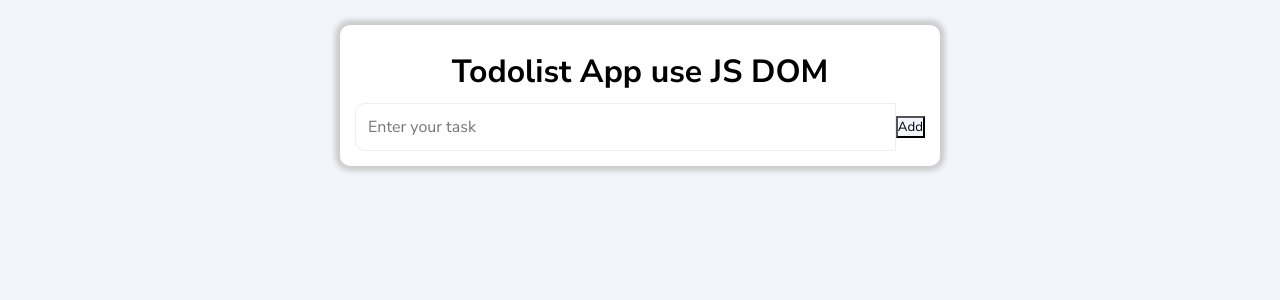
Repository: anhquan74-dev/todolist_app
Page: index.html
These files come from the project's save history. The page is drawn as it stood at one moment and after the next save; the edit follows.
The browser window is 1280 px wide. The pictures show the whole page.
Some web libraries are served in a nearby version.

Above is the page before, as saved 2022-07-21 17:04:02.

### index.html
<!DOCTYPE html>
<html lang="en">
  <head>
    <meta charset="UTF-8" />
    <meta http-equiv="X-UA-Compatible" content="IE=edge" />
    <meta name="viewport" content="width=device-width, initial-scale=1.0" />
    <title>TodoList Web Application</title>
    <link rel="stylesheet" href="style.css" />
    <link
      rel="stylesheet"
      href="https://cdnjs.cloudflare.com/ajax/libs/font-awesome/6.1.1/css/all.min.css"
      integrity="sha512-KfkfwYDsLkIlwQp6LFnl8zNdLGxu9YAA1QvwINks4PhcElQSvqcyVLLD9aMhXd13uQjoXtEKNosOWaZqXgel0g=="
      crossorigin="anonymous"
      referrerpolicy="no-referrer"
    />
  </head>
  <body>
    <div class="todo-app">
      <h1>Todolist App use JS DOM</h1>
      <div class="form-control">
        <input id="input-text" type="text" placeholder="Enter your task" />
        <button id="add-btn">Add</button>
      </div>
      <ul id="list-item">
        <!-- <li class="item">
          Homework
          <a class="edit-btn">Edit</a>
          <a class="delete-btn">Delete</a>
        </li> -->
      </ul>
    </div>
    <script src="main.js"></script>
  </body>
</html>

### style.css
@import url('https://fonts.googleapis.com/css2?family=Nunito+Sans:ital,wght@0,300;0,400;0,600;0,700;0,800;0,900;1,300;1,400;1,600;1,700;1,800;1,900&display=swap');

*, *::after, *::before {
    margin: 0;
    padding: 0;
    box-sizing: border-box;
}
button, input,
body {
    font-family: 'Nunito Sans', sans-serif;
    background-color: #f3f5fc;
}

input {
    background-color: white;
}

.todo-app {
    background-color: white;
    max-width: 600px;
    margin: 25px auto;
    border-radius: 10px;
    padding: 15px;
    box-shadow: 0px 0px 5px 5px #ccc;
}

h1 {
    text-align: center;
    margin: 10px;
}

.form-control {
    display: flex;
    align-items: center;
}

#input-text {
    font-size: 16px;
    padding: 12px;
    width: 100%;
    outline: none;
    border: 1px solid #eee;
    border-radius: 10px 0px 0px 10px;
}

.add-btn {
    font-size: 16px;
    padding: 12px;
    outline: none;
    border: 1px solid #c07cd4;
    border-radius: 0px 10px 10px 0px;
    cursor: pointer;
    background-color: #c07cd4;
    color: white;
}

#add-btn:hover {
    background-color: #a13bc0;
    border: 1px solid #a13bc0;
}

.list-item {
    list-style-type:none;
    margin-top: 20px;
}

.item {
    padding: 12px 12px 12px 40px;
    background-color: #f3f5fc;
    margin:4px 0;
    position: relative;
    overflow: hidden;
    cursor: pointer;
}

.edit-btn,.delete-btn{
    font-weight: 700;
    color: #aaaaaa;
}

.edit-btn {
    position: absolute;
    top: 50%;
    transform: translateY(-50%);
    right: 90px;
}

.delete-btn {
    position: absolute;
    top: 50%;
    transform: translateY(-50%);
    right: 20px;
}

.item:hover  span{
    opacity: 1;
    transform: translateX(-100%);
}

.edit-btn:hover {
    color: black;
}

.delete-btn:hover {
    color: #CF2323;

}

li.checked {
    background-color: #d2d9f0;
    text-decoration: line-through;
}

ul li.checked::before {
    content: '';
    position: absolute;
    border-color: black;
    border-style: solid;
    border-width: 0 2px 2px 0;
    top: 12px;
    left: 20px;
    transform: rotate(45deg);
    height: 15px;
    width: 7px;
  }

### main.js
var list = document.querySelector("ul");
list.addEventListener("click", function (ev) {
  if (ev.target.nodeName === "LI") {
    ev.target.classList.toggle("checked");
  }
});

var close = document.getElementsByClassName("close-btn");
var i;
for (i = 0; i < close.length; i++) {
  close[i].onclick = function () {
    var div = this.parentElement;
    div.style.display = "none";
  };
}
//
function newElement() {
  var li = document.createElement("li");
  var inputValue = document.getElementById("input-text").value;
  var t = document.createTextNode(inputValue);
  li.appendChild(t);
  li.className = "item";
  if (inputValue === "") {
    alert("You must write something!");
  } else {
    document.getElementById("list-item").appendChild(li);
  }
  document.getElementById("input-text").value = "";

  var span = document.createElement("SPAN");
  span.className = "close-btn";
  span.innerHTML = '<i class="fa-solid fa-trash-can">';
  li.appendChild(span);

  for (i = 0; i < close.length; i++) {
    close[i].onclick = function () {
      var div = this.parentElement;
      div.style.display = "none";
    };
  }
}

After the next save:
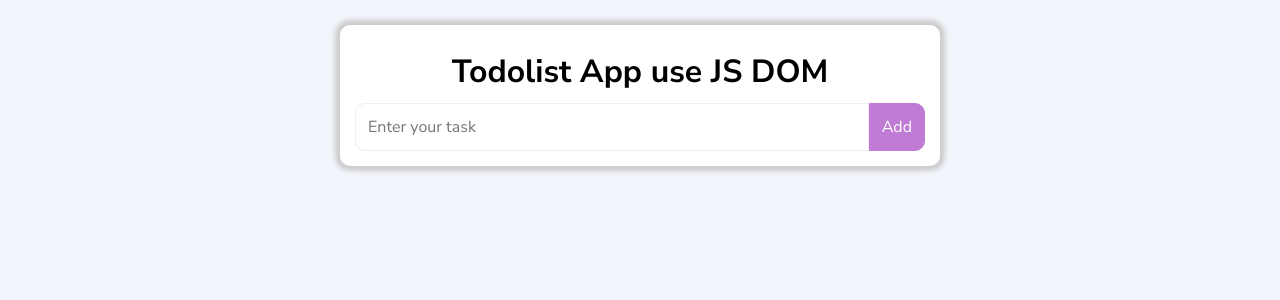
Saved 7 s later.
--- a/style.css
+++ b/style.css
@@ -43,7 +43,7 @@ h1 {
     border-radius: 10px 0px 0px 10px;
 }
 
-.add-btn {
+#add-btn {
     font-size: 16px;
     padding: 12px;
     outline: none;
